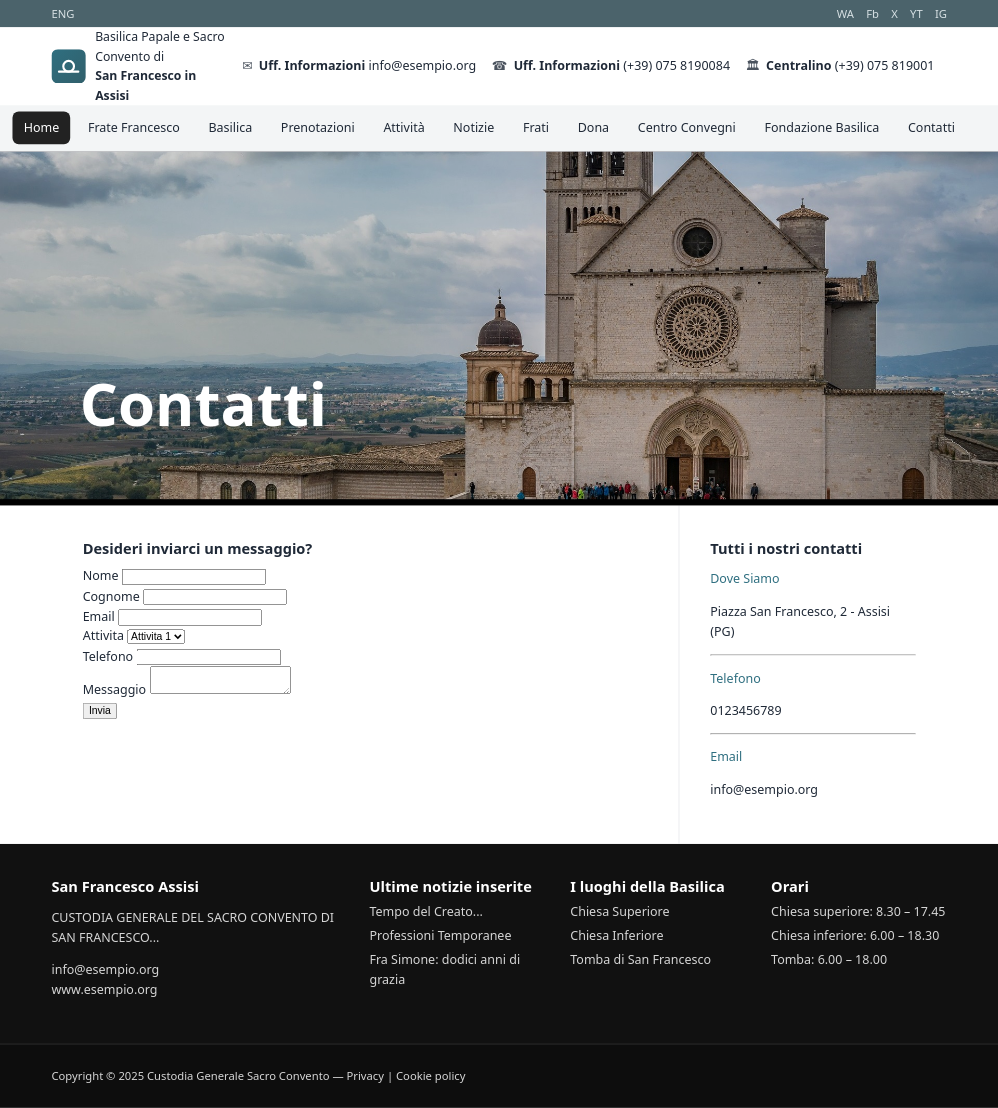
Repository: leacappello/basilica-platform-project
Page: pages/contatti.html
These files come from the project's save history. The page is drawn as it stood at one moment and after the next save; the edit follows.
The browser window is 1280 px wide. The pictures show the whole page, at 78% of full size.

Above is the page before, as saved 2025-09-17 09:45:44.
Console error (its wording comes from the project's code and is left out).

### pages/contatti.html
<!DOCTYPE html>
<html lang="it" class="no-js">

<head>
    <meta charset="utf-8" />
    <meta name="viewport" content="width=device-width, initial-scale=1" />
    <meta name="description"
        content="Basilica — Portale gemello (look & feel dimostrativo, contenuti e immagini originali)">
    <title>Basilica — Progetto gemello</title>

    <!-- Foglio di stile principale -->
    <link rel="stylesheet" href="../assets/styles.css" />

    <!-- Se JS è attivo, rimuoviamo la classe .no-js (utile per fallback menu) -->
    <script>document.documentElement.classList.remove('no-js');</script>
</head>

<body>

    <!-- ======================================================================
       TOPBAR: lingua + social (banda superiore sottile)
       ====================================================================== -->
    <div class="topbar">
        <div class="container topbar__inner">
            <div class="topbar__lang">
                <a href="#" aria-label="Versione in inglese">ENG</a>
            </div>
            <div class="topbar__social" aria-label="Social">
                <a href="#" aria-label="WhatsApp" title="WhatsApp">WA</a>
                <a href="#" aria-label="Facebook" title="Facebook">Fb</a>
                <a href="#" aria-label="X" title="X">X</a>
                <a href="#" aria-label="YouTube" title="YouTube">YT</a>
                <a href="#" aria-label="Instagram" title="Instagram">IG</a>
            </div>
        </div>
    </div>

    <!-- ======================================================================
       HEADER (masthead): logo + contatti rapidi + hamburger mobile
       Sticky con nav principale subito sotto
       ====================================================================== -->
    <header class="masthead">
        <div class="container masthead__inner">
            <!-- BRAND: logo + denominazione (il logo è decorativo; il nome è testuale) -->
            <a class="brand" href="#home" aria-label="Vai alla Home">
                <img src="images/logo.svg" alt="" class="brand__logo" aria-hidden="true" />
                <span class="brand__name">
                    Basilica Papale e Sacro Convento di<br />
                    <strong>San Francesco in Assisi</strong>
                </span>
            </a>

            <!-- CONTATTI RAPIDI: tre blocchi -->
            <ul class="masthead__contacts" aria-label="Contatti rapidi">
                <li>
                    <span class="ic" aria-hidden="true">✉</span>
                    <div>
                        <strong>Uff. Informazioni</strong>
                        <a href="mailto:info@esempio.org">info@esempio.org</a>
                    </div>
                </li>
                <li>
                    <span class="ic" aria-hidden="true">☎</span>
                    <div>
                        <strong>Uff. Informazioni</strong>
                        <a href="tel:+390758190084">(+39) 075 8190084</a>
                    </div>
                </li>
                <li>
                    <span class="ic" aria-hidden="true">🏛</span>
                    <div>
                        <strong>Centralino</strong>
                        <a href="tel:+39075819001">(+39) 075 819001</a>
                    </div>
                </li>
            </ul>

            <!-- HAMBURGER per mobile -->
            <button id="menu-button" class="menu-button" aria-controls="primary-nav" aria-expanded="false">
                <span class="sr-only">Apri/chiudi menu</span>
                <span aria-hidden="true" class="menu-icon"></span>
            </button>
        </div>

        <!-- NAV PRINCIPALE (mega-nav semplificato con sottomenù a tendina) -->
        <nav id="primary-nav" class="nav" aria-label="Navigazione principale">
            <ul class="nav__root">
                <li class="is-active"><a href="#home">Home</a></li>

                <li class="has-sub">
                    <a href="#frate">Frate Francesco</a>
                    <ul class="nav__sub">
                        <li><a href="#">Storia di un santo</a></li>
                        <li><a href="#">Scritti</a></li>
                    </ul>
                </li>

                <li class="has-sub">
                    <a href="#basilica">Basilica</a>
                    <ul class="nav__sub">
                        <li><a href="#">Chiesa superiore</a></li>
                        <li><a href="#">Chiesa inferiore</a></li>
                        <li><a href="#">Cripta</a></li>
                    </ul>
                </li>

                <li class="has-sub">
                    <a href="#prenotazioni">Prenotazioni</a>
                    <ul class="nav__sub">
                        <li><a href="#">Visite individuali</a></li>
                        <li><a href="#">Gruppi</a></li>
                    </ul>
                </li>

                <li class="has-sub">
                    <a href="#attivita">Attività</a>
                    <ul class="nav__sub">
                        <li><a href="#">Pastorale</a></li>
                        <li><a href="#">Cultura</a></li>
                    </ul>
                </li>

                <li><a href="#notizie">Notizie</a></li>

                <li class="has-sub">
                    <a href="#frati">Frati</a>
                    <ul class="nav__sub">
                        <li><a href="#">Comunità</a></li>
                    </ul>
                </li>

                <li class="has-sub">
                    <a href="#dona">Dona</a>
                    <ul class="nav__sub">
                        <li><a href="#">Come donare</a></li>
                    </ul>
                </li>

                <li><a href="#centro">Centro Convegni</a></li>
                <li><a href="#fondazione">Fondazione Basilica</a></li>
                <li><a href="#contatti">Contatti</a></li>
            </ul>
        </nav>
    </header>

    <!-- ======================================================================
       HERO: slider immagini + titolo
       ====================================================================== -->
    <div class="main-content">

        <section id="home" class="hero" aria-label="Sezione introduttiva">
            <div class="hero__slides">
                <figure class="hero__slide is-active">
                    <img src="../images/hero-1.jpg" alt="Affreschi della Basilica" loading="eager">
                    <figcaption>
                        <h1>Contatti <span class="accent">
                            </span></h1>
                    </figcaption>
                </figure>
            </div>
        </section>
       <!-- sezione contatti -->
        <section>
            <div class="container">
                <div class="container-col">
                    <!-- form contaatti -->
                    <div class="container-form">
                        <h3>Desideri inviarci un messaggio?</h3>
                        <form>
                            <!-- nome -->
                            <div>
                                <label for="nome">Nome</label>
                                <input type="text" id="nome" name="nome">
                            </div>
                            <!-- cognome -->
                            <div>
                                <label for="cognome">Cognome</label>
                                <input type="text" id="cognome" name="cognome">
                            </div>
                            <!-- email -->
                                                        <div>
                                <label for="email">Email</label>
                                <input type="email" id="email" name="email">
                            </div>
                            <!-- select con attività -->
                            <div>
                                <label for="attivita">Attivita</label>
                                <select id="attivita" name="attivita">
                                    <option value="attivita1">Attivita 1</option>
                                    <option value="attivita2">Attivita 2</option>
                                    <option value="attivita3">Attivita 3</option>
                                </select>
                            </div>
                            <!-- telefono -->
                            <div>
                                <label for="telefono">Telefono</label>
                                <input type="tel" id="telefono" name="telefono">
                            </div>
                            <div>
                                <label for="messaggio">Messaggio</label>
                                <textarea id="messaggio" name="messaggio"></textarea>
                            </div>

                            <button type="submit">Invia</button>
                        </form>
                    </div>
                    <!-- informazioni varie -->
                    <div class="container-info">
                        <h3>Tutti i nostri contatti</h3>
                        <p class="accent">Dove Siamo</p>
                        <p>Piazza San Francesco, 2 - Assisi (PG)</p>
                        <hr>
                        <p class="accent">Telefono</p>
                        <p>0123456789</p>
                        <hr>
                        <p class="accent">Email</p>
                        <p>info@esempio.org</p>
                    </div>
                </div>
            </div>
        </section>
       <!-- sezione contatti -->
    </div>


    <!-- ======================================================================
       FOOTER “mega”: 4 colonne + riga legale con anno dinamico
       ====================================================================== -->
    <footer class="site-footer" role="contentinfo">
        <div class="container footer__grid">
            <section>
                <h3 class="footer__title">San Francesco Assisi</h3>
                <p>CUSTODIA GENERALE DEL SACRO CONVENTO DI SAN FRANCESCO...</p>
                <p>
                    <a href="mailto:info@esempio.org">info@esempio.org</a><br>
                    <a href="https://www.esempio.org">www.esempio.org</a>
                </p>
            </section>

            <section>
                <h3 class="footer__title">Ultime notizie inserite</h3>
                <ul class="footer__list">
                    <li><a href="#">Tempo del Creato...</a></li>
                    <li><a href="#">Professioni Temporanee</a></li>
                    <li><a href="#">Fra Simone: dodici anni di grazia</a></li>
                </ul>
            </section>

            <section>
                <h3 class="footer__title">I luoghi della Basilica</h3>
                <ul class="footer__list">
                    <li><a href="#">Chiesa Superiore</a></li>
                    <li><a href="#">Chiesa Inferiore</a></li>
                    <li><a href="#">Tomba di San Francesco</a></li>
                </ul>
            </section>

            <section>
                <h3 class="footer__title">Orari</h3>
                <ul class="footer__list">
                    <li>Chiesa superiore: 8.30 – 17.45</li>
                    <li>Chiesa inferiore: 6.00 – 18.30</li>
                    <li>Tomba: 6.00 – 18.00</li>
                </ul>
            </section>
        </div>

        <div class="footer__legal">
            <div class="container">
                <p>Copyright © <span id="year"></span> Custodia Generale Sacro Convento — <a href="#">Privacy</a> | <a
                        href="#">Cookie policy</a></p>
            </div>
        </div>
    </footer>

    <!-- Script frontend: toggle menu, slider, evidenziazione link, anno -->
    <script src="../assets/script.js"></script>
</body>

</html>

### assets/styles.css
/* ==========================================================================
   STILE PRINCIPALE — Basilica Twin (frontend fedele, leggero, accessibile)
   - Palette teal/slate ispirata
   - Layout con Grid/Flex, breakpoint tablet/mobile
   - Componenti: topbar, masthead, nav con sottomenù, hero+cards, eventi,
                 cards notizie, stats overlay, footer mega
   ========================================================================== */

/* ============== Token / Reset ============== */
:root{
  --bg:#ffffff; --fg:#1f2937; --muted:#6b7280;
  --brand:#3b5961;
  --brand-700:#2f474e;
  --accent:#315f6b;
  --surface:#f5f7f9;
  --border:#e5e7eb;

  --container:1180px;
  --radius:12px;
  --shadow:0 8px 24px rgba(0,0,0,.12);

  --space-2:.5rem; --space-3:.75rem; --space-4:1rem;
  --space-6:1.5rem; --space-8:2rem; --space-10:2.5rem;

  --fs-sm:.9rem; --fs-base:1rem; --fs-lg:1.125rem;
  --fs-xl:1.5rem; --fs-2xl:2rem; --lh:1.6;

  --header-h:64px;
}

*{box-sizing:border-box}
html,body{margin:0}
body{
  font:400 var(--fs-base)/var(--lh) ui-sans-serif,system-ui,-apple-system,"Segoe UI",Roboto,Arial;
  color:var(--fg); background:var(--bg);
}
h1,h2,h3{margin:.25rem 0 var(--space-3); line-height:1.2}
h1{font-size:clamp(2rem,5vw,3rem)}
h2{font-size:clamp(1.5rem,3.5vw,2.25rem)}
a{color:inherit; text-decoration:none}
a:hover{text-decoration:underline}
.muted{color:var(--muted)}
.accent{color:#2f6f80}

.container{max-width:var(--container);margin-inline:auto;padding-inline:var(--space-4)}
.section{padding-block:var(--space-10)}
.sr-only{position:absolute;width:1px;height:1px;overflow:hidden;clip:rect(0,0,0,0);white-space:nowrap}

/* ============== Topbar ============== */
.topbar{background:#4b636b;color:#e6eef1;font-size:var(--fs-sm)}
.topbar__inner{display:flex;justify-content:space-between;align-items:center;padding-block:6px}
.topbar a{color:#e6eef1;opacity:.9}
.topbar a:hover{opacity:1}
.topbar__social a{margin-left:12px}

/* ============== Masthead (logo+contatti+hamburger) ============== */
.masthead{background:#fff;border-bottom:1px solid var(--border);position:sticky;top:0;z-index:30}
.masthead__inner{
  display:grid;grid-template-columns:1fr auto auto;gap:1rem;align-items:center;min-height:var(--header-h)
}
.brand{display:flex;align-items:center;gap:.75rem;text-decoration:none}
.brand__logo{width:44px;height:44px;object-fit:contain}
.brand__name{font-size:.98rem}
.masthead__contacts{list-style:none;display:flex;gap:1.25rem;margin:0;padding:0}
.masthead__contacts li{display:flex;gap:.5rem;align-items:center}
.ic{font-style:normal;opacity:.8}

/* Hamburger (mobile only) */
.menu-button{display:none;background:transparent;border:0;cursor:pointer}
.menu-icon{width:24px;height:2px;background:var(--fg);display:inline-block;position:relative}
.menu-icon::before,.menu-icon::after{content:"";position:absolute;left:0;width:24px;height:2px;background:var(--fg)}
.menu-icon::before{top:-6px}.menu-icon::after{top:6px}

/* ============== Nav (root + submenu) ============== */
.nav{background:#f3f5f6}
.nav__root{display:flex;gap:.5rem;list-style:none;margin:0;padding:.5rem var(--space-4)}
.nav__root>li>a{display:block;padding:.5rem .9rem;border-radius:8px}
.nav__root>li.is-active>a{background:#222;color:#fff}
.nav a[aria-current="page"]{background:#222;color:#fff;border-radius:8px}

/* Sottomenù desktop (hover) */
.has-sub{position:relative}
.has-sub>.nav__sub{
  display:none;position:absolute;left:0;top:calc(100% + 6px);
  min-width:240px;background:#fff;border:1px solid var(--border);
  border-radius:10px;box-shadow:var(--shadow);padding:.5rem
}
.has-sub:hover>.nav__sub{display:block}
.nav__sub{list-style:none;margin:0}
.nav__sub a{display:block;padding:.5rem .75rem;border-radius:6px}
.nav__sub a:hover{background:#f7f7f9}

/* ============== Hero (slider + overlay cards) ============== */
.hero{position:relative;background:#000;color:#fff}
.hero__slides{position:relative;overflow:hidden}
.hero__slide{display:none;margin:0}
.hero__slide.is-active{display:block}
.hero__slide img{width:100%;height:62vh;min-height:420px;object-fit:cover;opacity:.9}
.hero__slide figcaption{position:absolute;left:8%;bottom:16%;max-width:700px}
.hero__slide h1{font-size:clamp(2.5rem,6vw,5rem);font-weight:600}
.pill{
  display:inline-block;margin-top:.75rem;padding:.45rem .9rem;
  background:rgba(255,255,255,.18);border-radius:999px;color:#e9f1f3;font-size:1.25rem
}

/* Controlli slider */
.hero__ctrl{
  position:absolute;top:50%;transform:translateY(-50%);
  background:rgba(0,0,0,.35);color:#fff;border:0;border-radius:999px;
  width:40px;height:40px;cursor:pointer
}
.hero__ctrl.prev{left:14px}
.hero__ctrl.next{right:14px}

/* Overlay 4 card */
.hero__overlay{position:relative}
.hero__cards{
  display:grid;grid-template-columns:repeat(4,1fr);gap:1rem;margin-top:-70px
}
.card{
  background:#526e76;color:#ecf1f3;padding:1.1rem;border-radius:14px;box-shadow:var(--shadow)
}
.card h3{margin:.1rem 0 .35rem}
.card .btn{margin-top:.5rem}

/* ============== Buttons ============== */
.btn{
  display:inline-block;font-weight:600;border:0;border-radius:10px;
  padding:.65rem 1rem;cursor:pointer;text-decoration:none
}
.btn--primary{background:var(--brand);color:#fff}
.btn--primary:hover{background:var(--brand-700)}
.btn--ghost{background:transparent;color:#fff;border:1px solid rgba(255,255,255,.7)}
.btn--ghost:hover{background:rgba(255,255,255,.12)}

/* ============== Eventi a 2 colonne ============== */
.grid-2{display:grid;grid-template-columns:2fr 1.2fr;gap:2rem}
.eyebrow{color:var(--muted);letter-spacing:.06em;text-transform:uppercase;font-size:.85rem}
.media img{width:100%;border-radius:12px}

.events{list-style:none;margin:0;padding:0;display:grid;gap:1rem}
.events li{
  display:grid;grid-template-columns:70px 1fr;gap:1rem;align-items:start;
  border-bottom:1px solid var(--border);padding-bottom:1rem
}
.date{
  width:70px;background:#315f6b;color:#fff;border-radius:8px;
  display:grid;place-items:center;padding:.35rem 0
}
.date span{font-size:1.4rem;font-weight:700;line-height:1}
.date small{opacity:.8}

/* ============== Cards 3 (notizie/progetti) ============== */
.cards-3{display:grid;grid-template-columns:repeat(3,1fr);gap:1.2rem}
.post{
  background:#fff;border:1px solid var(--border);border-radius:12px;
  overflow:hidden;display:flex;flex-direction:column
}
.post img{width:100%;aspect-ratio:16/9;object-fit:cover}
.post__body{padding:1rem;display:grid;gap:.5rem}
.badge{
  display:inline-flex;align-items:center;gap:.5rem;background:#e6eef1;
  border-radius:8px;padding:.25rem .5rem;color:#2f4f59;font-weight:700
}
.post__title{font-weight:700;text-decoration:none}
.readmore{font-weight:600;color:var(--accent);text-decoration:none}

/* ============== Stats (background con overlay scuro fisso) ============== */
.stats{
  background:url('../images/hero-1.jpg') center/cover no-repeat fixed;
  position:relative;color:#e9eef1
}
.stats::before{content:"";position:absolute;inset:0;background:rgba(22,32,41,.65)}
.stats__grid{
  position:relative;display:grid;grid-template-columns:repeat(4,1fr);
  gap:2rem;padding-block:3rem
}
.stats__grid .n{font-size:2.25rem;font-weight:800}

/* ============== Footer “mega” ============== */
.site-footer{background:#111;color:#d6d6d6}
.footer__grid{display:grid;grid-template-columns:2fr 1.2fr 1.2fr 1.2fr;gap:2rem;padding-block:2.5rem}
.footer__title{color:#fff;margin-bottom:.5rem}
.footer__list{list-style:none;margin:0;padding:0;display:grid;gap:.35rem}
.footer__legal{border-top:1px solid #333;background:#0d0d0d;font-size:.9rem}
.footer__legal .container{padding-block:.9rem}
.center{text-align:center}
.mt-4{margin-top:var(--space-4)}

/* ============== Responsive ============== */
@media (max-width: 1024px){
  .masthead__inner{grid-template-columns:1fr auto auto}
  .hero__cards{grid-template-columns:repeat(2,1fr);margin-top:-50px}
  .grid-2{grid-template-columns:1fr}
  .cards-3{grid-template-columns:1fr 1fr}
}
@media (max-width: 768px){
  .masthead__contacts{display:none}
  .menu-button{display:inline-block}
  .nav{display:none}
  .nav[data-open="true"]{display:block}
  .nav__root{flex-direction:column}
  .hero__cards{grid-template-columns:1fr;margin-top:-30px}
  .cards-3{grid-template-columns:1fr}
  .stats__grid{grid-template-columns:1fr 1fr}
}
@media (max-width: 480px){
  .stats__grid{grid-template-columns:1fr}
}

/* ============== No-JS fallback ============== */
.no-js .nav{display:block}

/* ============== Tabella Orari ============== */
.tabella-orari{
  width:100%;
  border-collapse:collapse;
}
.orari th,.orari td{
  padding:.5rem;
  border-bottom:1px solid var(--border);
  text-align: left;
}

.titolo-orari{
  margin-top: 30px; font-size: 1.5rem;
  margin-bottom:.5rem;
  border-bottom:1px solid var(--border);
  padding-bottom:.5rem
}
/* ============== Tabella Orari ============== */


/* ============== contatti ============== */
.container-col{
  display:flex;
}
.container-form{
  width: 70%;
  padding: var(--space-10);
}
.container-info{
  width: 30%;
  padding: var(--space-10);
  border-left: 1px solid var(--border);
}
/* ============== contatti ============== */

Loaded but not shown: assets/script.js (113 lines, source omitted)

After the next save:
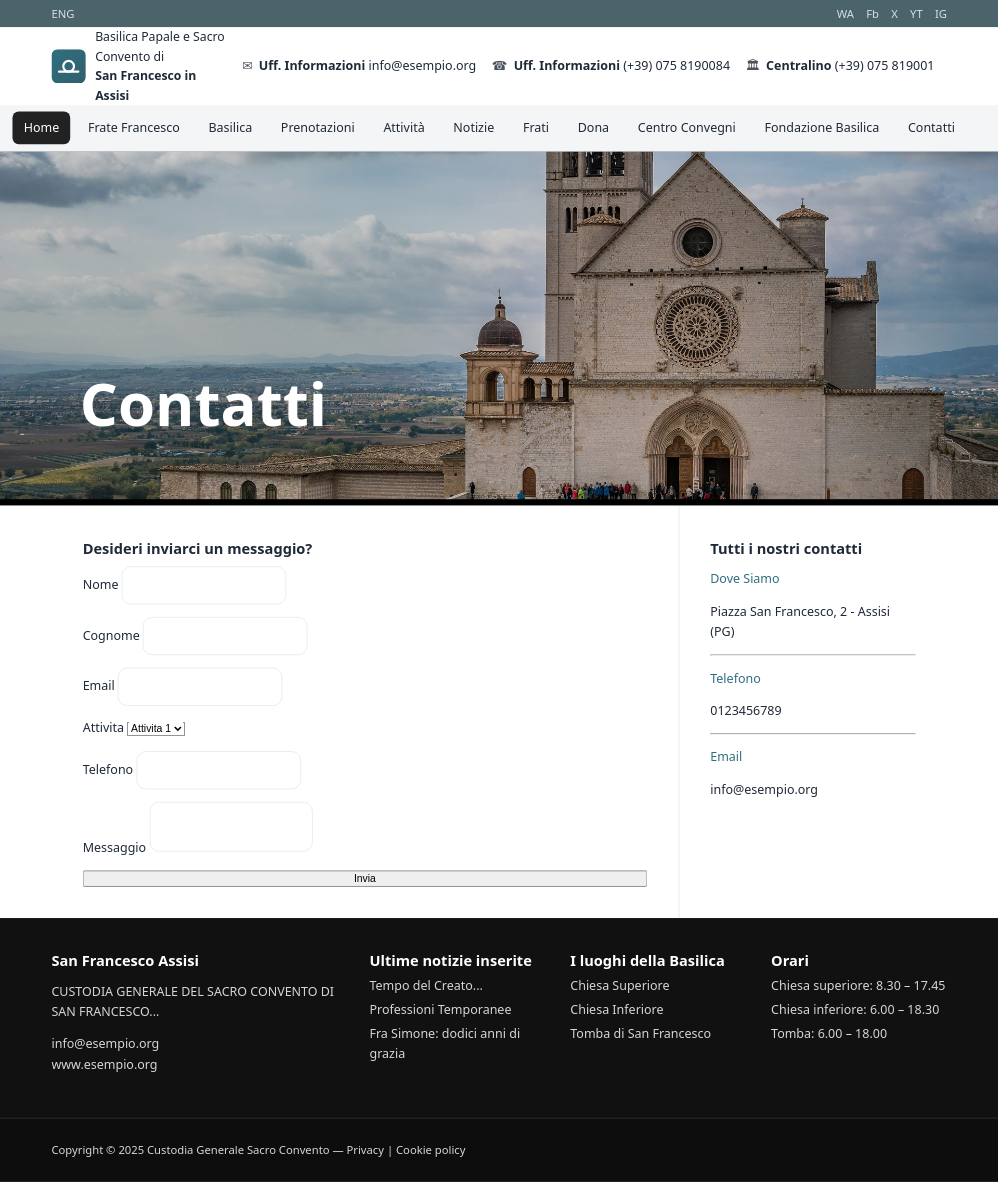
Saved 41 s later.
--- a/assets/styles.css
+++ b/assets/styles.css
@@ -244,4 +244,25 @@ a:hover{text-decoration:underline}
   padding: var(--space-10);
   border-left: 1px solid var(--border);
 }
+
+form{
+  display:flex;
+  flex-direction: column;
+  gap: var(--space-4);
+}
+
+input, textarea{
+  padding: var(--space-4);
+  border-radius: var(--radius);
+  border: 1px solid var(--border);
+  resize: none;
+}
+
+input[type="submit"]{
+  background-color: var(--accent);
+  color: #fff;
+  cursor: pointer;
+}
+
+
 /* ============== contatti ============== */
